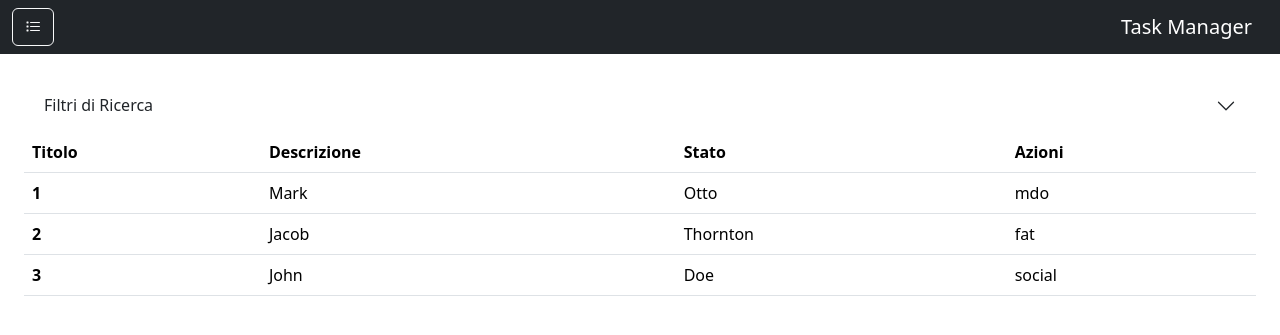
Repository: Barrakude/Angular_Project
Page: /task-list (app in test-finale/)
An editor plug-in stored every save of this project. The page is shown before and after the next save, followed by the edit.
The browser window is 1280 px wide. The pictures show the whole page.
The page's requests for data from a server got no answer. The project was rebuilt for these pictures with package versions that can differ from the ones it lists, and the page was loaded fresh each time. No one was signed in, and anything a server would have sent is missing. Also part of the build but not shown: test-finale/angular.json, test-finale/src/app/features/board/board.component.ts, test-finale/src/app/features/board/doing/doing.component.ts, test-finale/src/app/shared/components/task-card/task-card.component.ts, test-finale/src/app/shared/interfaces/itask.ts, test-finale/src/app/features/board/done/done.component.ts, test-finale/src/app/features/board/todo/todo.component.ts.

Above is the page before, as saved 2025-06-18 11:04:47.

After the next save:
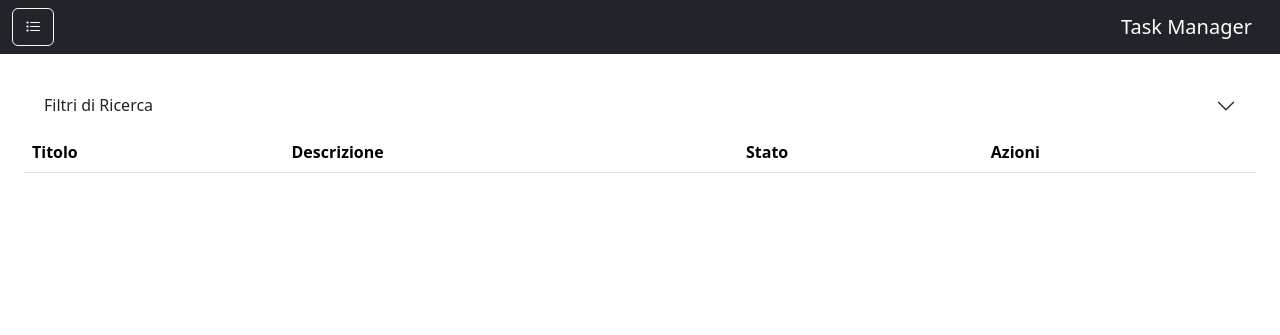
Saved 77 s later.
--- a/test-finale/src/app/features/task-list/task-list.component.html
+++ b/test-finale/src/app/features/task-list/task-list.component.html
@@ -22,24 +22,13 @@
         </tr>
     </thead>
     <tbody>
-        @for (task of tasks; track $index) {}
-        <tr>
-            <th scope="row">1</th>
-            <td>Mark</td>
-            <td>Otto</td>
-            <td>mdo</td>
-        </tr>
-        <tr>
-            <th scope="row">2</th>
-            <td>Jacob</td>
-            <td>Thornton</td>
-            <td>fat</td>
-        </tr>
-        <tr>
-            <th scope="row">3</th>
-            <td>John</td>
-            <td>Doe</td>
-            <td>social</td>
-        </tr>
+        @for (task of tasks; track $index) {
+            <tr>
+                <th scope="row">{{task.title}}</th>
+                <td>Mark</td>
+                <td>Otto</td>
+                <td>mdo</td>
+            </tr>
+        }
     </tbody>
 </table>
